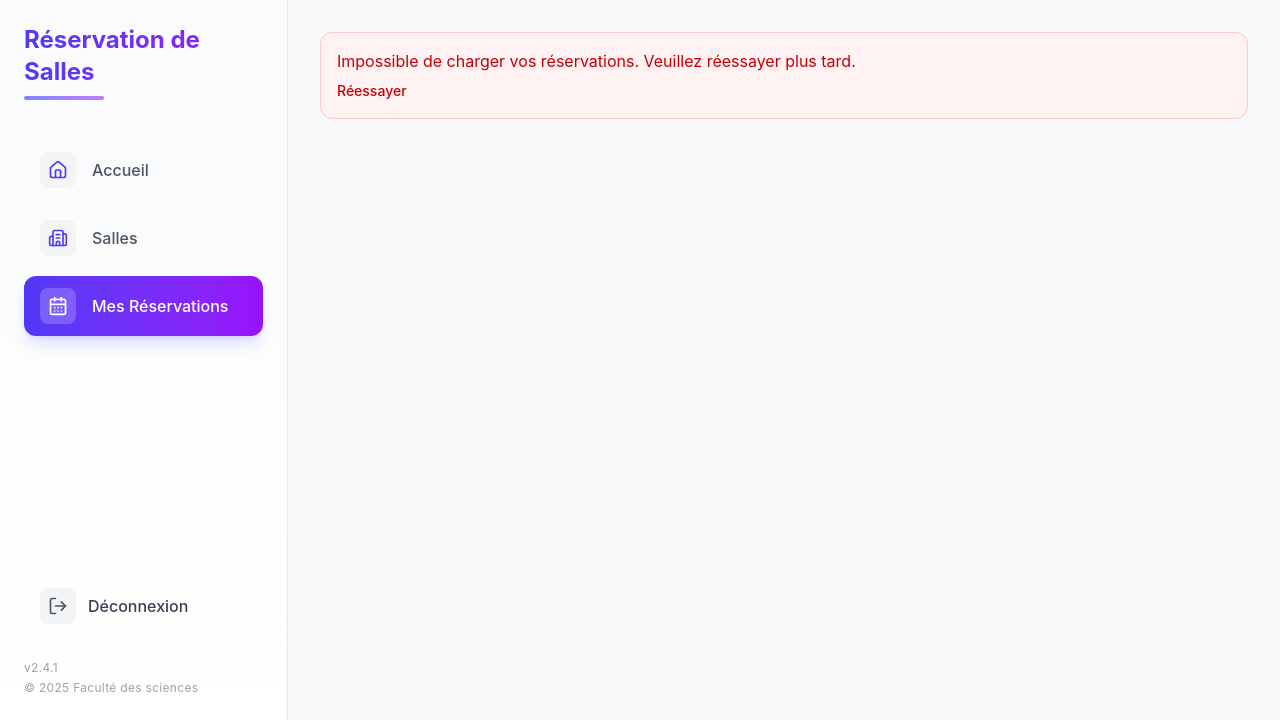
Repository: alaouii1/reservation-salles-front-V0.0.1
Page: /reservations
An editor plug-in stored every save of this project. The page is shown before and after a run of saves, followed by the edit.
The browser window is 1280 px wide. The pictures show the whole page.
The page's requests for data from a server got no answer. The project was rebuilt for these pictures with package versions that can differ from the ones it lists, and the page was loaded fresh each time. No one was signed in, and anything a server would have sent is missing. Also part of the build but not shown: vite.config.ts, src/components/ProchaineReservation.tsx, src/components/ReservationCard.tsx, src/pages/Home.tsx, src/services/salleService.ts, src/pages/Rooms.tsx.

Above is the page before, as saved 2025-04-24 16:08:33.

After the next 2 saves:
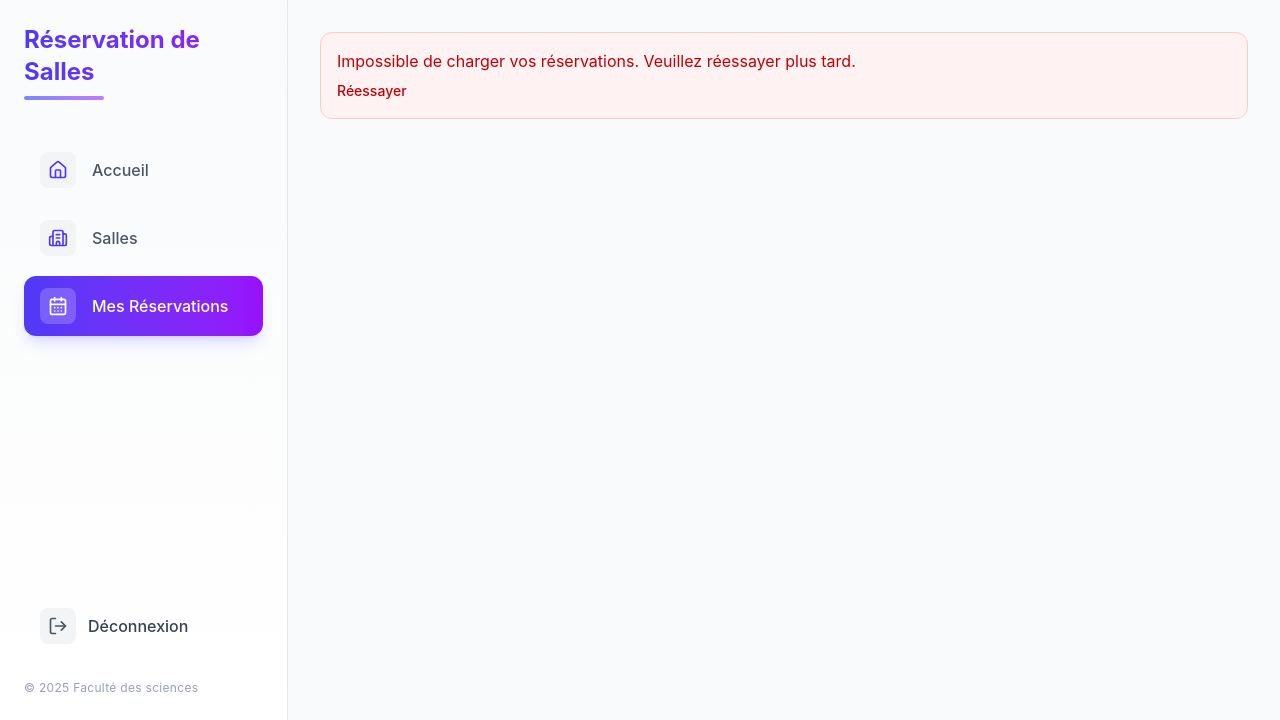
The 2 saves are shown as one change because they came seconds apart.
The last was saved 57 s later.
--- a/src/components/Sidebar.tsx
+++ b/src/components/Sidebar.tsx
@@ -84,7 +84,6 @@ const Sidebar: React.FC = () => {
         </button>
 
         <div className="mt-6 text-xs text-gray-400 tracking-wide">
-          <div className="mb-1">v2.4.1</div>
           <div>© 2025 Faculté des sciences</div>
         </div>
       </div>
